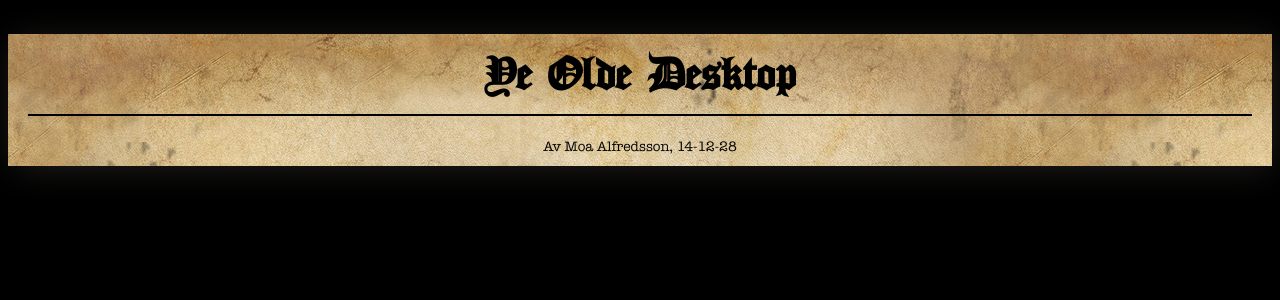
Repository: ma223md/1dv403-laborationer
Page: 5-pwd/index.html
The author's editor kept a record of every edit. The page is drawn from the files as they stood at one moment, then again after the next edit.
The browser window is 1280 px wide. The pictures show the whole page.

Above is the page before.
Console error: ReferenceError: getElementById is not defined

### 5-pwd/index.html
<!DOCTYPE html>
<html>
    <head>
        <meta charset="UTF-8" />
        <link rel="stylesheet" href="css/pwdstyle.css" />
        <script src="js/desktop_run.js"></script>
        <title>Personal Web Desktop</title>
    </head>

    <body>
        <div id="container">
            <header>
                <h1>Ye Olde Desktop</h1>
            </header>

            <main>
                <div id="iconbar"></div>
            </main>

            <footer>
                <p>Av Moa Alfredsson, 14-12-28</p>
            </footer>
        </div>
    </body>
</html>

### 5-pwd/css/pwdstyle.css
@font-face {
    font-family: headline;
    src: url(../fonts/OldLondon.ttf);
}

@font-face {
    font-family: article;
    src: url(../fonts/linowrite.ttf);
}

body
{
    background-color: black;
}

header h1 {
    text-align: center;
    padding-top: 15px;
    color: black;
    font-family: headline;
    font-size: 50px;
}

#container {
    display: block;
    margin-left: auto;
    margin-right: auto;
    background-image: url("../pics/paperbackground.jpg");
    padding-left: 20px;
    padding-right: 20px;
    -webkit-box-shadow: 3px 4px 35px -4px rgba(38,35,32,1);
    -moz-box-shadow: 3px 4px 35px -4px rgba(38,35,32,1);
    box-shadow: 3px 4px 35px -4px rgba(38,35,32,1);
}

main {
    border-style: solid;
    border-width: 1px;
    border-color: black;
}

p {
    font-family: article;
    font-size: 14px;
    text-align: center;
    padding-top: 10px;
    padding-bottom: 10px;
    padding-left: 20px;
    padding-right: 20px;
    color: black;
    word-wrap: break-word;
}

footer {
    font-size: 12px;
}

### 5-pwd/js/desktop_run.js
"use strict";

var Desktop = {

    init: function(){
        // render iconbar
        var iconbar = getElementById("iconbar"),
        icon = document.createElement("img");

        icon.setAttribute('src', 'pics/image_icon.png');
        icon.setAttribute('alt', 'Icon in shape of a photographed mountain');
        icon.style.width = "64px";
        icon.style.height = "52px";
        //add icon to iconbar
        iconbar.appendChild(icon);

    }
};

window.onload = Desktop.init;

After the next edit:
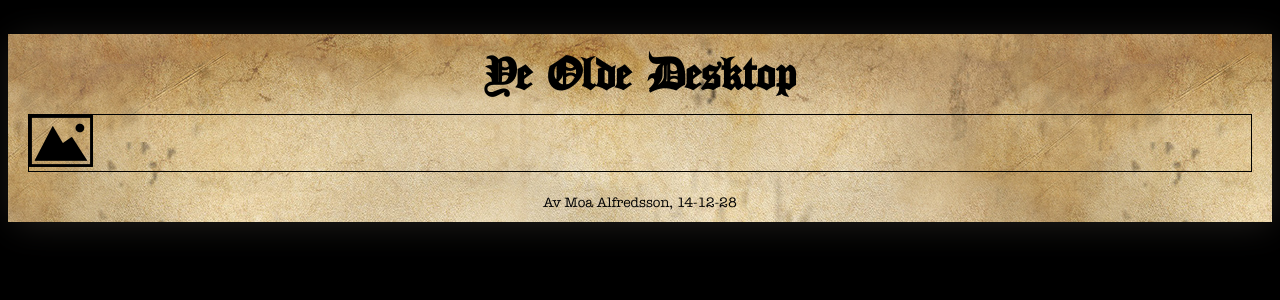
The error is gone.
The edit:
--- a/5-pwd/js/desktop_run.js
+++ b/5-pwd/js/desktop_run.js
@@ -4,7 +4,7 @@
 
     init: function(){
         // render iconbar
-        var iconbar = getElementById("iconbar"),
+        var iconbar = document.getElementById("iconbar"),
         icon = document.createElement("img");
 
         icon.setAttribute('src', 'pics/image_icon.png');
